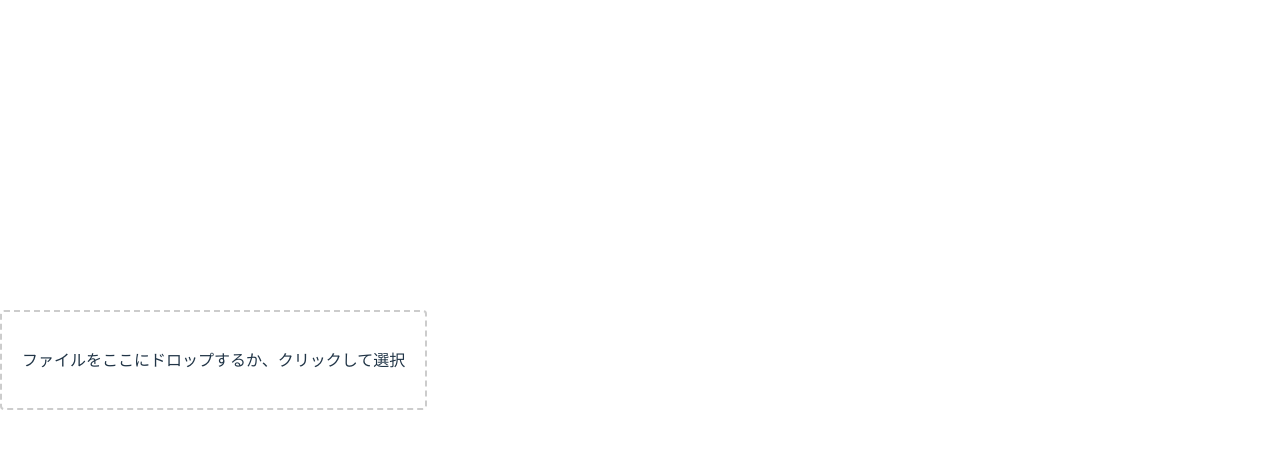
Repository: CatHandsService/normalize_dakuten
Page: / (app in front/)
An editor plug-in stored every save of this project. The page is shown before and after the next save, followed by the edit.
The browser window is 1280 px wide. The pictures show the whole page.
The project was rebuilt for these pictures with package versions that can differ from the ones it lists, and the page was loaded fresh each time. Also part of the build but not shown: front/vite.config.ts.

Above is the page before, as saved 2024-01-27 16:00:00.

After the next save:
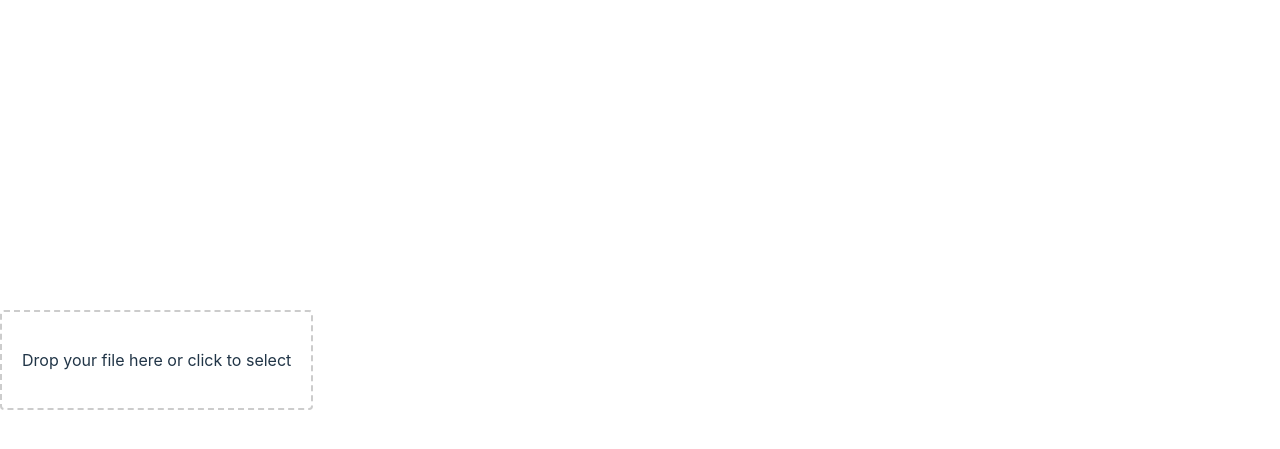
Saved 88 s later.
--- a/front/src/components/ImportFile.tsx
+++ b/front/src/components/ImportFile.tsx
@@ -39,7 +39,7 @@ export const ImportFile = () => {
     <div>
       <div {...getRootProps()} style={dropzoneStyles}>
         <input {...getInputProps()} />
-        <p>ファイルをここにドロップするか、クリックして選択</p>
+        <p>Drop your file here or click to select</p>
       </div>
       {selectedFile && (
         <div>
